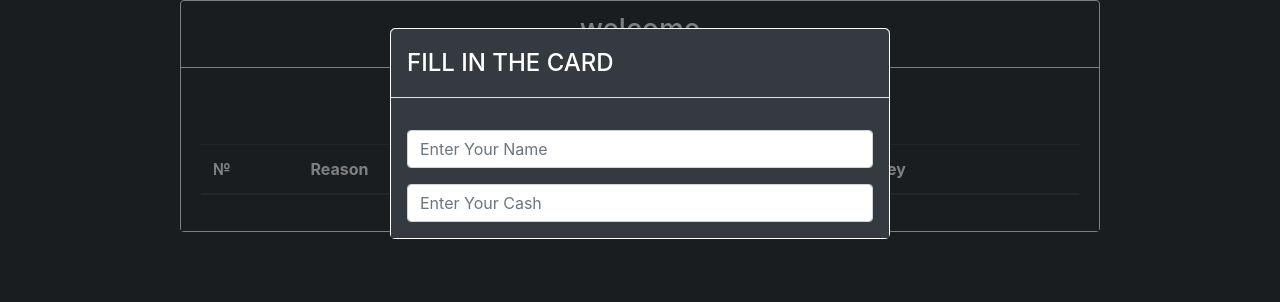
Repository: surefaceJS/allMyWorkInaliLinux
Page: hardcha/index.html
An editor plug-in stored every save of this project. The page is shown before and after the next save, followed by the edit.
The browser window is 1280 px wide. The pictures show the whole page.

Above is the page before, as saved 2021-04-19 12:33:31.

After the next save:
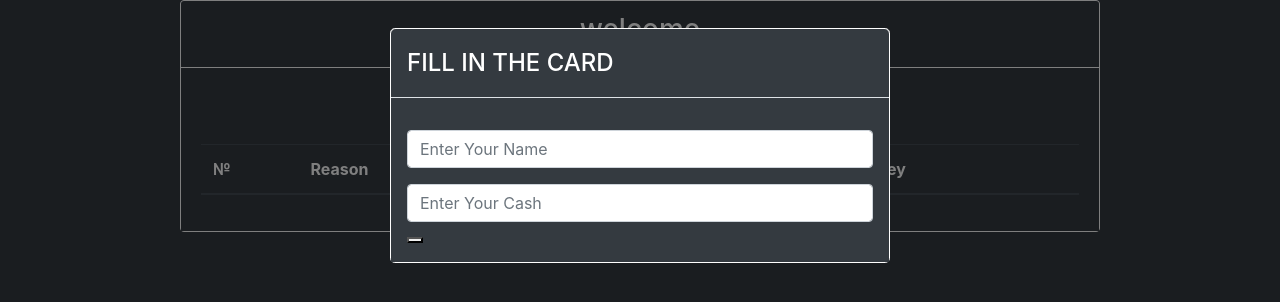
Saved 4 s later.
--- a/hardcha/index.html
+++ b/hardcha/index.html
@@ -33,8 +33,7 @@
                     <div class="modal-body bg-dark">
                         <input type="text" class="form-control mt-3" id="userName" placeholder="Enter Your Name">
                         <input type="number" class="form-control mt-3" id="userMoney" placeholder="Enter Your Cash">
-                        <buttonclas>
-                            </button>
+                        <button></button>
                     </div>
 
                 </div>
